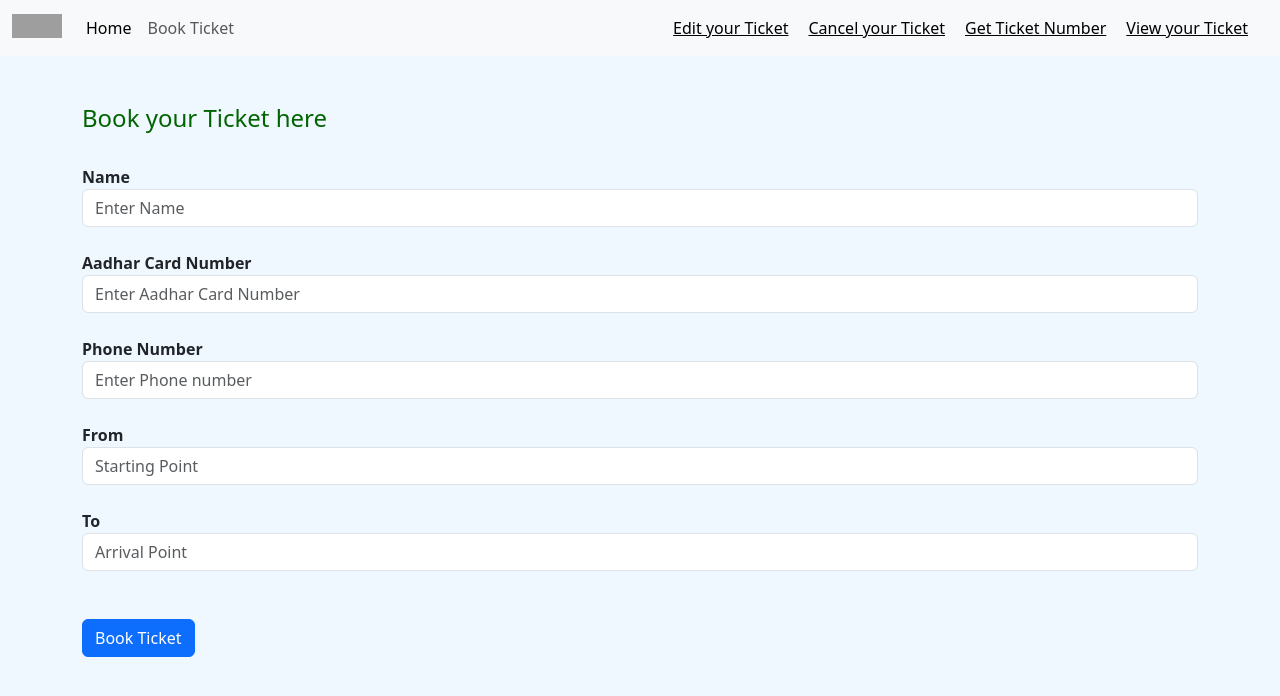
Repository: MayankSardana/Book-My-Ticket
Page: http://localhost/Book
The author's editor kept a copy of each file at every save. The page is drawn from the files as they stood at one save, then again after the next save.
The browser window is 1280 px wide. The pictures show the whole page.
Pictures or frames that could not be fetched are drawn as grey boxes. The page is this project's Thymeleaf template; nobody is signed in. The template is opened directly, without the code that normally fills it, so the values that code supplies are empty.

Above is the page before, as saved 2024-07-02 09:39:46.

### BookMyTicket/src/main/resources/templates/Book.html
<!doctype html>
<html lang="en" xmlns:th="http://www.thymeleaf.org">
  <head>
    <meta charset="utf-8">
    <meta name="viewport" content="width=device-width, initial-scale=1">
    <title>Book Ticket</title>
    <link href="https://cdn.jsdelivr.net/npm/bootstrap@5.3.3/dist/css/bootstrap.min.css" rel="stylesheet" integrity="sha384-QWTKZyjpPEjISv5WaRU9OFeRpok6YctnYmDr5pNlyT2bRjXh0JMhjY6hW+ALEwIH" crossorigin="anonymous">
    <style>
        h2{
            margin-left: 400px;
            font-size:50px;
        }
        label{
            font-weight: bold;
        }

        body{
            background-color:aliceblue;
        }

		.tt{
		          text-decoration:underline;
		          padding:10px;
		          margin-left:450px;
		      }
			.n{
				margin-right:20px;
			}

			.h4{
				color:darkgreen;
			}
    </style>
  </head>
  <body>

	<nav class="navbar navbar-expand-lg bg-body-tertiary">
	        <div class="container-fluid">
	         <a class="navbar-brand" href="#">
	      <img src="https://i.pinimg.com/280x280_RS/84/4b/a1/844ba1cb3439dca10d316e4310721cc6.jpg" alt="Logo" width="50" height="24" class="d-inline-block align-text-top">

	    </a>
	          <button class="navbar-toggler" type="button" data-bs-toggle="collapse" data-bs-target="#navbarText" aria-controls="navbarText" aria-expanded="false" aria-label="Toggle navigation">
	            <span class="navbar-toggler-icon"></span>
	          </button>
	          <div class="collapse navbar-collapse" id="navbarText">
	            <ul class="navbar-nav me-auto mb-2 mb-lg-0">
	              <li class="nav-item">
	                <a class="nav-link active" aria-current="page" href="/">Home</a>
	              </li>
	              <li class="nav-item">
	                <a class="nav-link" href="/book">Book Ticket</a>
	              </li>
	            </ul>
				<span class="n navbar-text">
				     <a href = "/edit">Edit your Ticket</a>
				</span>
				<span class="n navbar-text">
					<a href = "/cancel">Cancel your Ticket</a>
			    </span>
				<span class="n navbar-text">
				   <a href = "/ticket">Get Ticket Number</a>
				</span>
	            <span class="n navbar-text">
	                <a href = "/view">View your Ticket</a>
	            </span>

	          </div>
	        </div>
	      </nav>



    <div class="container mt-5">
        <h4 class = "h4">Book your Ticket here</h4>
		<br/>
        <form action="#" th:action="@{/saveTicket}" th:object="${person}" method="post">
          <div class="form-group">
            <label for="firstName">Name</label>
            <input type="text" th:field="*{name}" class="form-control" id="firstName" placeholder="Enter Name">
          </div>
          <br/>
          <div class="form-group">
            <label for="email">Aadhar Card Number</label>
            <input type="text" th:field="*{aadhaarCard}" class="form-control"  placeholder="Enter Aadhar Card Number">
          </div>
          <br/>
          <div class="form-group">
            <label for="email">Phone Number</label>
            <input type="text" th:field="*{phoneNumber}" class="form-control"  placeholder="Enter Phone number">
          </div>
          <br/>
          <div class="form-group">
            <label for="From">From</label>
            <input type="text" th:field="*{start}" class="form-control" placeholder="Starting Point">
          </div>
          <br/>
          <div class="form-group">
            <label for="To">To</label>
            <input type="text" th:field="*{end}" class="form-control" placeholder="Arrival Point">
          </div>
          <br/>
          <br/>
          <button type="submit" class="btn btn-primary">Book Ticket</button>
        </form>
      </div>

    <script src="https://cdn.jsdelivr.net/npm/bootstrap@5.3.3/dist/js/bootstrap.bundle.min.js" integrity="sha384-YvpcrYf0tY3lHB60NNkmXc5s9fDVZLESaAA55NDzOxhy9GkcIdslK1eN7N6jIeHz" crossorigin="anonymous"></script>
  </body>
</html>

After the next save:
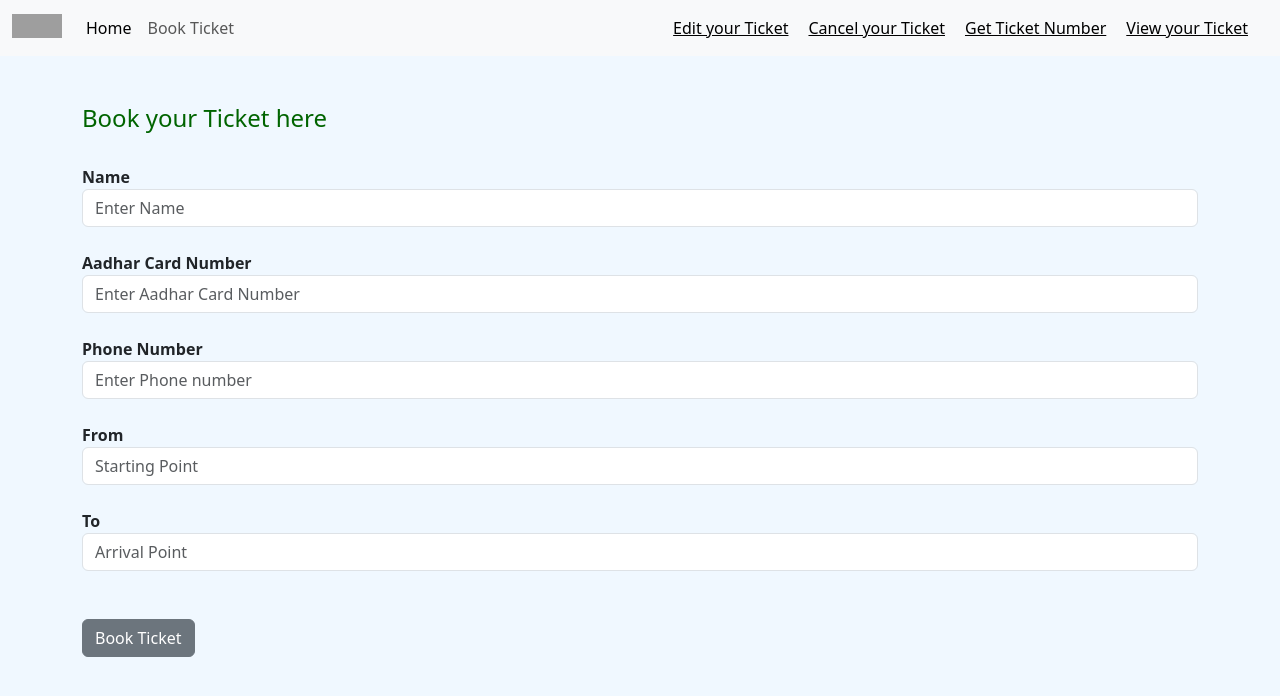
Saved 20 s later.
--- a/BookMyTicket/src/main/resources/templates/Book.html
+++ b/BookMyTicket/src/main/resources/templates/Book.html
@@ -101,7 +101,7 @@
           </div>
           <br/>
           <br/>
-          <button type="submit" class="btn btn-primary">Book Ticket</button>
+          <button type="submit" class="btn btn-secondary">Book Ticket</button>
         </form>
       </div>
 
